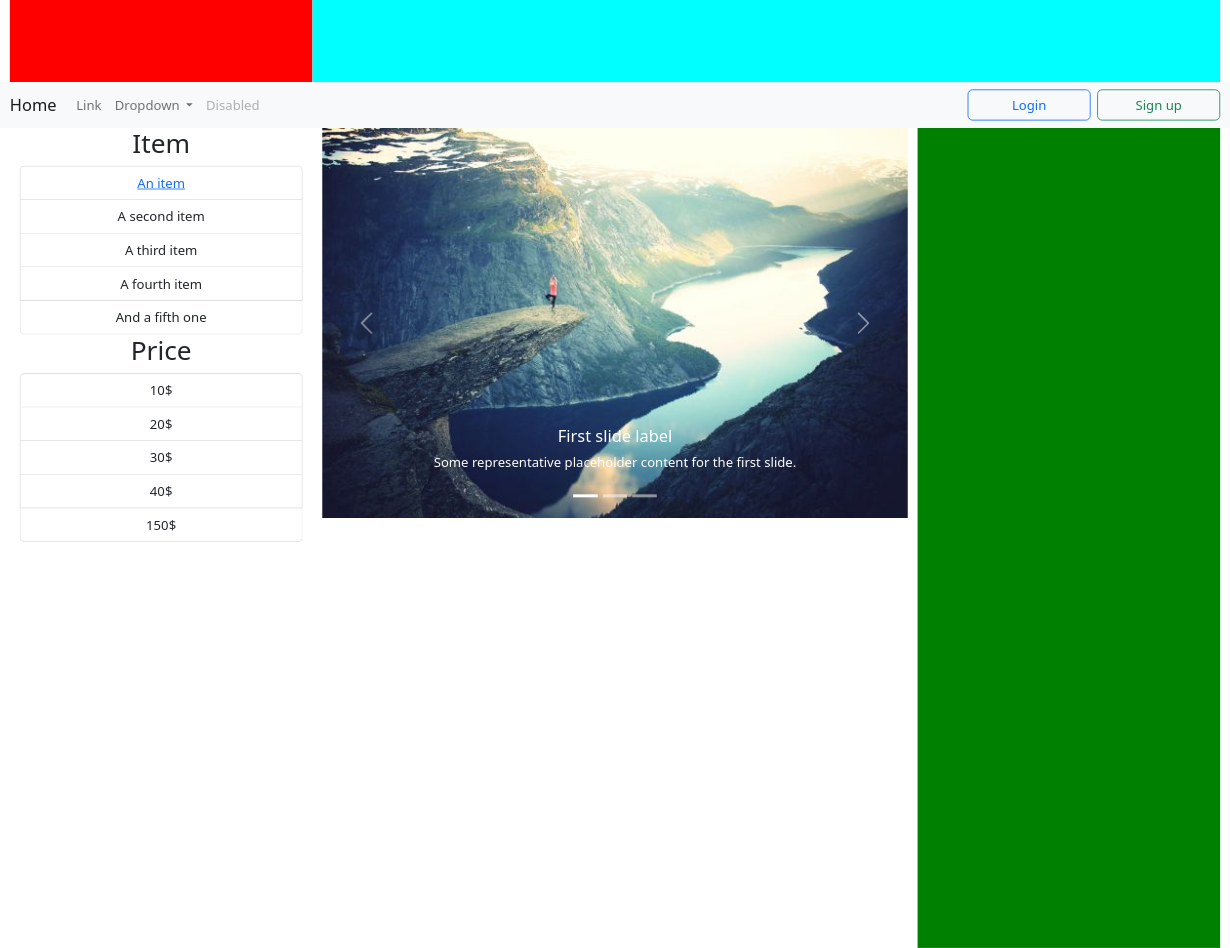
Repository: nguyenhung50497/MD2_bootstrap
Page: BT_giaoDienWeb/index.html
These files come from the project's save history. The page is drawn as it stood at one moment and after a run of saves; the edit follows.
The browser window is 1280 px wide. The page is 1500 px wide, so the pictures cover 1500 px, including what lies to the right of the window. The pictures show the whole page, at 82% of full size.

Above is the page before, as saved 2022-11-30 14:02:23.

### BT_giaoDienWeb/index.html
<!DOCTYPE html>
<html lang="en">
<head>
    <meta charset="UTF-8">
    <meta http-equiv="X-UA-Compatible" content="IE=edge">
    <meta name="viewport" content="width=device-width, initial-scale=1.0">
    <link href="https://cdn.jsdelivr.net/npm/bootstrap@5.2.3/dist/css/bootstrap.min.css" rel="stylesheet" integrity="sha384-rbsA2VBKQhggwzxH7pPCaAqO46MgnOM80zW1RWuH61DGLwZJEdK2Kadq2F9CUG65" crossorigin="anonymous">
    <script src="https://cdn.jsdelivr.net/npm/bootstrap@5.2.3/dist/js/bootstrap.bundle.min.js" integrity="sha384-kenU1KFdBIe4zVF0s0G1M5b4hcpxyD9F7jL+jjXkk+Q2h455rYXK/7HAuoJl+0I4" crossorigin="anonymous"></script>
    <title>Document</title>
</head>
<style>
    .logo {
        background-color: red;
        height: 100px;
    }
    .anhBia {
        background-color: aqua;
        height: 100px;
    }
    .right {
        background-color: green;
        height: 1000px;
    }
</style>
<body>
<center>
    <div style="width: 1500px;">
    <header class="container-fluid row">
        <div class="col-lg-3 logo">
            <img src="" alt="">
        </div>
        <div class="col-lg-9 anhBia">
            <img src="" alt="">
        </div>
    </header>
    <nav class="navbar navbar-expand-lg bg-light">
        <div class="container-fluid">
          <a class="navbar-brand" href="#">Home</a>
          <button class="navbar-toggler" type="button" data-bs-toggle="collapse" data-bs-target="#navbarSupportedContent" aria-controls="navbarSupportedContent" aria-expanded="false" aria-label="Toggle navigation">
            <span class="navbar-toggler-icon"></span>
          </button>
          <div class="collapse navbar-collapse" id="navbarSupportedContent">
            <ul class="navbar-nav me-auto mb-2 mb-lg-0">
              <li class="nav-item">
                <a class="nav-link" href="#">Link</a>
              </li>
              <li class="nav-item dropdown">
                <a class="nav-link dropdown-toggle" href="#" role="button" data-bs-toggle="dropdown" aria-expanded="false">
                  Dropdown
                </a>
                <ul class="dropdown-menu">
                  <li><a class="dropdown-item" href="#">Action</a></li>
                  <li><a class="dropdown-item" href="#">Another action</a></li>
                  <li><hr class="dropdown-divider"></li>
                  <li><a class="dropdown-item" href="#">Something else here</a></li>
                </ul>
              </li>
              <li class="nav-item">
                <a class="nav-link disabled">Disabled</a>
              </li>
            </ul>
            <form class="d-flex" role="search">
              <button class="form-control me-2 btn btn-outline-primary" style="width: 150px;">Login</button>
              <button class="btn btn-outline-success" type="submit" style="width: 150px;">Sign up</button>
            </form>
          </div>
        </div>
      </nav>
    <div class="container-fluid row">
        <aside class="col-lg-3 left">
            <h2>Item</h2>
            <ul class="list-group">
                <li class="list-group-item"><a href="">An item</a></li>
                <li class="list-group-item">A second item</li>
                <li class="list-group-item">A third item</li>
                <li class="list-group-item">A fourth item</li>
                <li class="list-group-item">And a fifth one</li>
            </ul>
            <h2>Price</h2>
            <ul class="list-group">
                <li class="list-group-item">10$</li>
                <li class="list-group-item">20$</li>
                <li class="list-group-item">30$</li>
                <li class="list-group-item">40$</li>
                <li class="list-group-item">150$</li>
            </ul>
        </aside>
        <section class="col-lg-6 content">
            <div id="carouselExampleCaptions" class="carousel slide" data-bs-ride="false">
                <div class="carousel-indicators">
                  <button type="button" data-bs-target="#carouselExampleCaptions" data-bs-slide-to="0" class="active" aria-current="true" aria-label="Slide 1"></button>
                  <button type="button" data-bs-target="#carouselExampleCaptions" data-bs-slide-to="1" aria-label="Slide 2"></button>
                  <button type="button" data-bs-target="#carouselExampleCaptions" data-bs-slide-to="2" aria-label="Slide 3"></button>
                </div>
                <div class="carousel-inner">
                  <div class="carousel-item active">
                    <img src="anh1.jpg" class="d-block w-100" alt="Anh 1">
                    <div class="carousel-caption d-none d-md-block">
                      <h5>First slide label</h5>
                      <p>Some representative placeholder content for the first slide.</p>
                    </div>
                  </div>
                  <div class="carousel-item">
                    <img src="anh2.jpg" class="d-block w-100" alt="Anh 2">
                    <div class="carousel-caption d-none d-md-block">
                      <h5>Second slide label</h5>
                      <p>Some representative placeholder content for the second slide.</p>
                    </div>
                  </div>
                  <div class="carousel-item">
                    <img src="anh3.jpg" class="d-block w-100" alt="Anh 3">
                    <div class="carousel-caption d-none d-md-block">
                      <h5>Third slide label</h5>
                      <p>Some representative placeholder content for the third slide.</p>
                    </div>
                  </div>
                </div>
                <button class="carousel-control-prev" type="button" data-bs-target="#carouselExampleCaptions" data-bs-slide="prev">
                  <span class="carousel-control-prev-icon" aria-hidden="true"></span>
                  <span class="visually-hidden">Previous</span>
                </button>
                <button class="carousel-control-next" type="button" data-bs-target="#carouselExampleCaptions" data-bs-slide="next">
                  <span class="carousel-control-next-icon" aria-hidden="true"></span>
                  <span class="visually-hidden">Next</span>
                </button>
              </div>
        </section>
        <aside class="col-lg-3 right"></aside>
    </div>
    <footer></footer>
    </div>
</center>
</body>
</html>

After the next 2 saves:
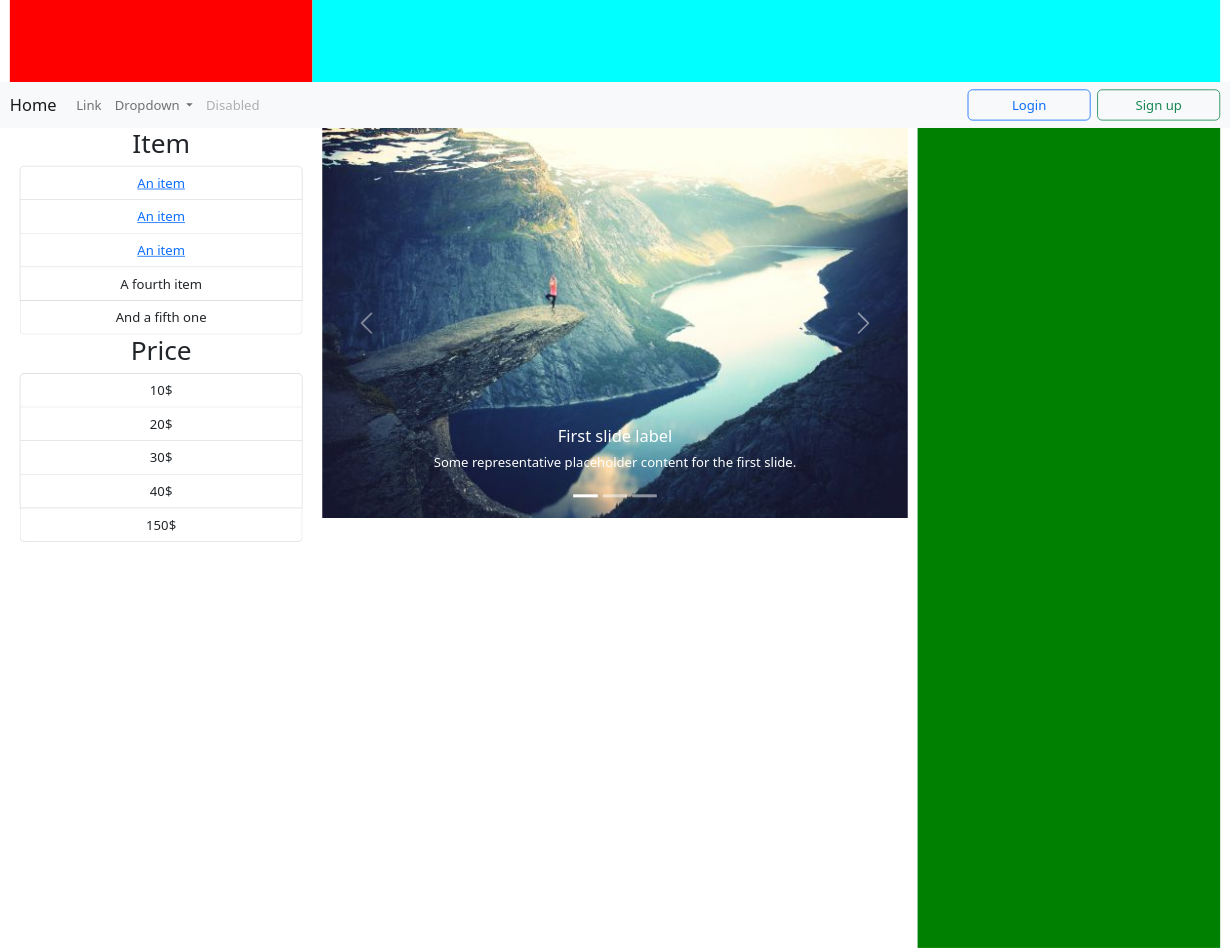
The 2 saves are shown as one change because they came seconds apart.
The last was saved 16 s later.
--- a/BT_giaoDienWeb/index.html
+++ b/BT_giaoDienWeb/index.html
@@ -71,8 +71,8 @@
             <h2>Item</h2>
             <ul class="list-group">
                 <li class="list-group-item"><a href="">An item</a></li>
-                <li class="list-group-item">A second item</li>
-                <li class="list-group-item">A third item</li>
+                <li class="list-group-item"><a href="">An item</a></li>
+                <li class="list-group-item"><a href="">An item</a></li>
                 <li class="list-group-item">A fourth item</li>
                 <li class="list-group-item">And a fifth one</li>
             </ul>
